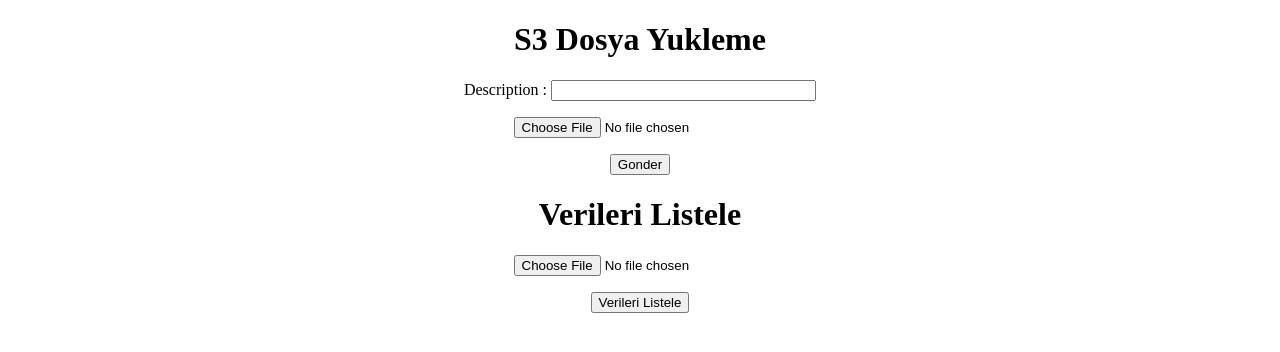
Repository: erengthb/AWS-Java-Servlet-Project
Page: http://localhost/Proje/upload.jsp
An editor plug-in stored every save of this project. The page is shown before and after the next save, followed by the edit.
The browser window is 1280 px wide. The pictures show the whole page.
The page is served by Tomcat 9. Other server files are loaded and not shown.

Above is the page before, as saved 2022-04-17 12:55:22.

### Proje/src/main/webapp/upload.jsp
<%@ page language="java" contentType="text/html; charset=ISO-8859-1"
    pageEncoding="ISO-8859-1"%>
<!DOCTYPE html>
<html>
<head>
<meta charset="ISO-8859-1">
<title>Dosya Yukleme</title>
</head>
<body>

<div align ="center">

<div><h1>S3  Dosya Yukleme</h1></div>
<div>
<form action ="upload" method = "post" enctype = "multipart/form-data">
<p> Description : <input type ="text" name= "Description	" size="30" required/> </p>

<p> <input type ="file" name = "file" required /></p>
<p> <button type= "submit" >Gonder</button> </p>


</form>
<div><h1>Verileri Listele</h1></div>
<form action ="list" method = "get" enctype = "multipart/form-data">


<p> <input type ="file" name = "file" required /></p>
<p> <button type= "list" >Verileri Listele</button> </p>


</form>
</div>
</div>


</body>
</html>

After the next save:
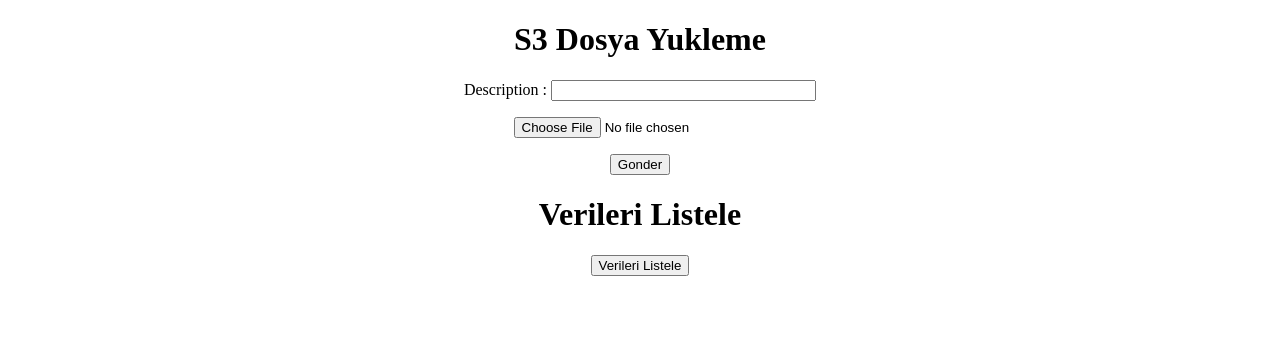
Saved 14 s later.
--- a/Proje/src/main/webapp/upload.jsp
+++ b/Proje/src/main/webapp/upload.jsp
@@ -24,7 +24,7 @@
 <form action ="list" method = "get" enctype = "multipart/form-data">
 
 
-<p> <input type ="file" name = "file" required /></p>
+
 <p> <button type= "list" >Verileri Listele</button> </p>
 
 
